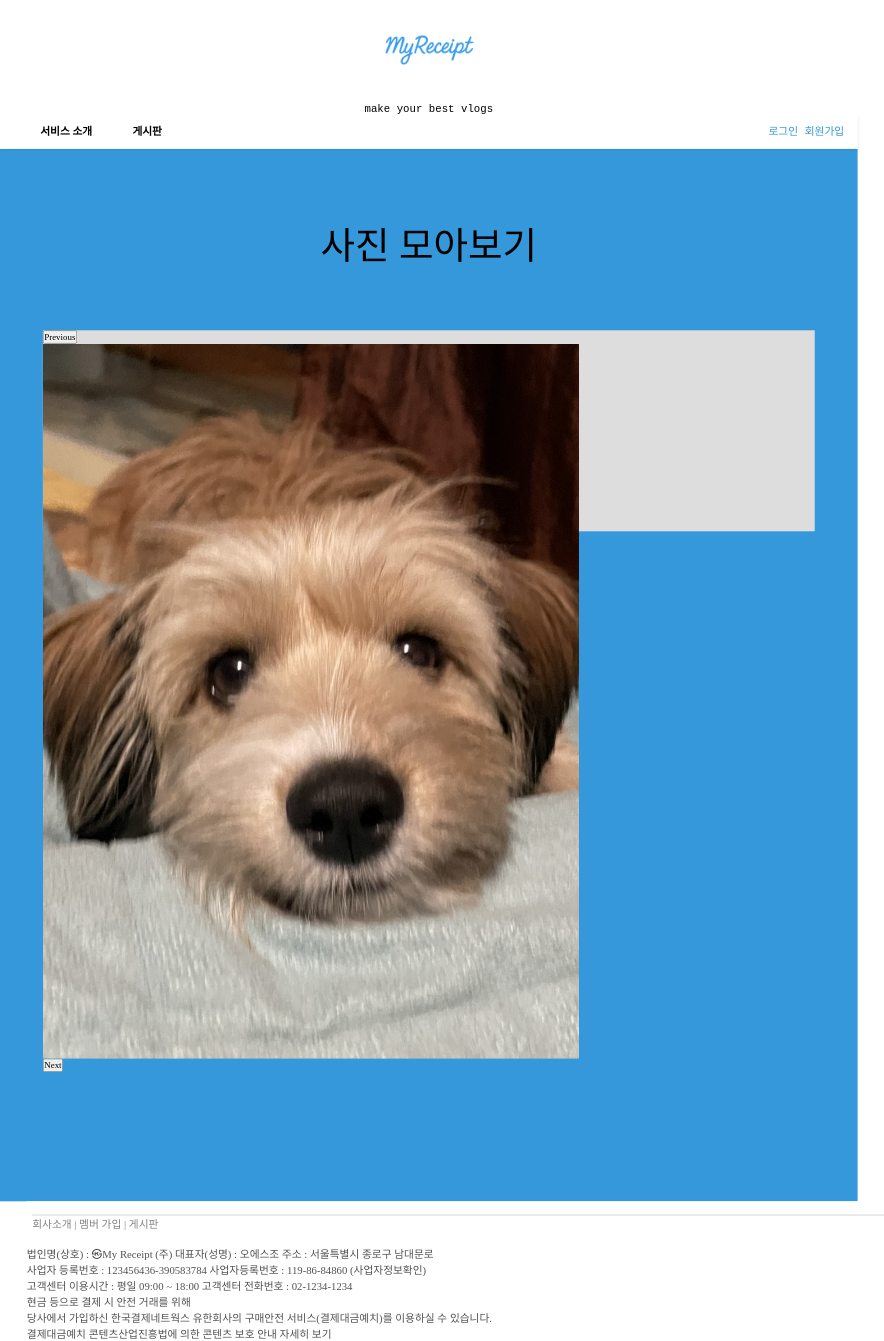
Repository: shong69/mini-project
Page: http://localhost/myReceipt2/index
These files come from the project's save history. The page is drawn as it stood at one moment and after a run of saves; the edit follows.
The browser window is 1280 px wide. The page is 1320 px wide, so the pictures cover 1320 px, including what lies to the right of the window. The pictures show the whole page, at 67% of full size.
Some web fonts or font styles are not loaded; a fallback is used. The page is served by Tomcat 10. Other server files are loaded and not shown.

Above is the page before, as saved 2025-05-07 01:38:06.

### jspProject/myReceipt2/src/main/webapp/WEB-INF/views/index.jsp
<%@ page language="java" contentType="text/html; charset=UTF-8"
    pageEncoding="UTF-8"%>
<!DOCTYPE html>
<html>
<head>
<meta charset="UTF-8">
<title>My Receipt</title>
<link rel="stylesheet" type="text/css" href="resources/css/main.css">
<link rel="stylesheet" type="text/css" href="//cdn.jsdelivr.net/npm/slick-carousel@1.8.1/slick/slick.css"/>
<style rel="stylesheet">
img{
	width:800px;
}
</style>
<script type="text/javascript" src="resources/js/jquery-3.1.1.min.js"></script>
<script type="text/javascript" src="//cdn.jsdelivr.net/npm/slick-carousel@1.8.1/slick/slick.min.js"></script>
<script type="text/javascript">
$(function(){
	$('#carousel').slick({
		  dots: false,
		  infinite: true,
		  speed: 500,
		  fade: true,
		  cssEase: 'linear'
	});
});

</script>
</head>
<body>
	<jsp:include page="/WEB-INF/views/common/header.jsp"></jsp:include>
	<main>
		<div class="section-title">사진 모아보기</div>
		<!-- 캐러셀 하나 두기 -->
		<div id="carousel">
			<div><img src="resources/imgs/carousel1.jpg"></div>
			<div><img src="resources/imgs/carousel2.jpg"></div>
			<div><img src="resources/imgs/carousel3.jpg"></div>
			<div><img src="resources/imgs/carousel4.jpg"></div>
		</div>
		<div style="height:1000px;"></div>
	</main>
	<jsp:include page="/WEB-INF/views/common/footer.jsp"></jsp:include>
</body>
</html>

### jspProject/myReceipt2/src/main/webapp/WEB-INF/views/common/header.jsp
<%@ page language="java" contentType="text/html; charset=UTF-8"
    pageEncoding="UTF-8"%>
<%@ taglib prefix="c" uri="http://java.sun.com/jsp/jstl/core" %>
	<div id="header">
		<a href="/myReceipt2/index"><img src="resources/imgs/logo.png" style="width:150px;"/></a>
		<p style="font-family: 'Courier New', Courier, monospace;">make your best vlogs</p>
	</div>
	<div id="nav-bar">
		<div id="menu">
			<a href="/myReceipt2/intro">서비스 소개</a>
			<a href="/myReceipt2/board">게시판</a>
		</div>
		<div id="loginSt">
			<c:choose>
				<c:when test="${not empty sessionScope.loginMember}">
					<p>${sessionScope.loginMember.nickName}님이 로그인 중</p>
					<a href="/myReceipt2/logout">로그아웃</a>

				</c:when>
				<c:otherwise>
					<a href="/myReceipt2/login">로그인</a>
					<a href="/myReceipt2/signup">회원가입</a>
				</c:otherwise>
			</c:choose>
		</div>

	</div>

### jspProject/myReceipt2/src/main/webapp/WEB-INF/views/common/footer.jsp
<%@ page language="java" contentType="text/html; charset=UTF-8"
    pageEncoding="UTF-8"%>
	<footer class="footer">
	    <section>
	        <div class="footer-nav">
	            <a href="/">회사소개 |</a>
	            <a href="/signup">멤버 가입 |</a>
	            <a href="/">게시판</a>
	        </div>
	    </section>
	    <section>
	        <div>
	            법인명(상호) : ㉿My Receipt (주) 대표자(성명) : 오에스조 주소 : 서울특별시 종로구 남대문로 <br>
	            사업자 등록번호 : 123456436-390583784  사업자등록번호 : 119-86-84860 (사업자정보확인)<br>
	            고객센터 이용시간 : 평일 09:00 ~ 18:00  고객센터 전화번호 : 02-1234-1234
	        </div>

	        <div>
	            현금 등으로 결제 시 안전 거래를 위해<br>
	            당사에서 가입하신 한국결제네트웍스 유한회사의 구매안전 서비스(결제대금예치)를 이용하실 수 있습니다.<br>
	            결제대금예치 콘텐츠산업진흥법에 의한 콘텐츠 보호 안내 자세히 보기
	        </div>
	    </section>
	</footer>

### jspProject/myReceipt2/src/main/java/com/project/jsp/controller/IndexController.java
package com.project.jsp.controller;

import java.io.IOException;

import jakarta.servlet.ServletException;
import jakarta.servlet.http.HttpServlet;
import jakarta.servlet.http.HttpServletRequest;
import jakarta.servlet.http.HttpServletResponse;

public class IndexController extends HttpServlet{
	@Override
	protected void doGet(HttpServletRequest req, HttpServletResponse resp) throws ServletException, IOException {
        String path = req.getServletPath(); // 요청 URL 패턴을 얻음

        if ("/index".equals(path)) {
        	req.getRequestDispatcher("/WEB-INF/views/index.jsp").forward(req, resp);
        } else if ("/intro".equals(path)) {
        	req.getRequestDispatcher("/WEB-INF/views/intro.jsp").forward(req, resp);
        } else {
        	resp.sendError(HttpServletResponse.SC_NOT_FOUND);
        }
	}

}

### jspProject/myReceipt2/src/main/webapp/resources/css/main.css
* {
	box-sizing: border-box;
	padding: 0;
	margin: 0;
	font-family: 'main';
}
/* 메인 폰트 */
@font-face {
	font-family: 'main';
	src:
		url('https://fastly.jsdelivr.net/gh/Project-Noonnu/noonfonts_2107@1.1/Pretendard-Regular.woff')
		format('woff');
	font-style: normal;
	font-weight: 400;
}

/*header*/
#header {
	width: 100%;
	text-align: center;
}

#header>div:first-child {
	margin-bottom: 15px;
}

#nav-bar {
	line-height: 50px;
	height: 50px;
	position: sticky;
	top: 0;
	left: 0;
	background-color: white;
	z-index: 1000;
	box-shadow: 0 2px 5px rgba(0, 0, 0, 0.1);
	display:flex;
	flex-direction:row;
}

#loginSt {
	margin-left:auto;
	margin-right:20px;
	display:flex;
	flex-direction:row;
}

#loginSt a {
	margin-left: 10px;
	color: #3498db;
	text-decoration: none;
}

#menu {
	margin-left:40px;
	display: flex;
	gap: 20px;
}

#menu a {
	text-decoration: none;
	color: black;
	font-weight: bold;
	padding: 0 20px;
	border-radius:15px;
	position: relative;
	overflow: hidden;
	transition: background-color 0.5s ease;
}

#menu a:hover {
	background-color: #335085;
	animation-duration: 2s;
	color: whitesmoke;
}

main {
	background-color: #3498db;
	display: flex;
	flex-direction: column;
	align-items: center;
	min-height:500px;
}

.section-title {
	font-size: 3.5rem;
	margin: 100px 0 70px 0;
}

#carousel {
	width: 90%;
	height: 300px;
	background-color: #ddd;
	margin-top: 20px;
}
/*footer*/
.footer {
	background-color: white;
	width: 100%;
	height: auto;
	display: flex;
	flex-direction: column;
	padding-top: 20px;
	margin: 0 40px;
}

.footer>section:first-child {
	border-top: 1px solid #c5c5c5;
	display: flex;
	flex-direction: row;
	margin-left: 8px;
}

.footer>section a {
	color: gray;
	text-decoration: none;
}

.footer>section:nth-child(2) {
	padding-top: 20px;
	color: rgb(83, 83, 83);
}

Loaded but not shown: jspProject/myReceipt2/src/main/webapp/resources/js/jquery-3.1.1.min.js (library)

After the next 2 saves:
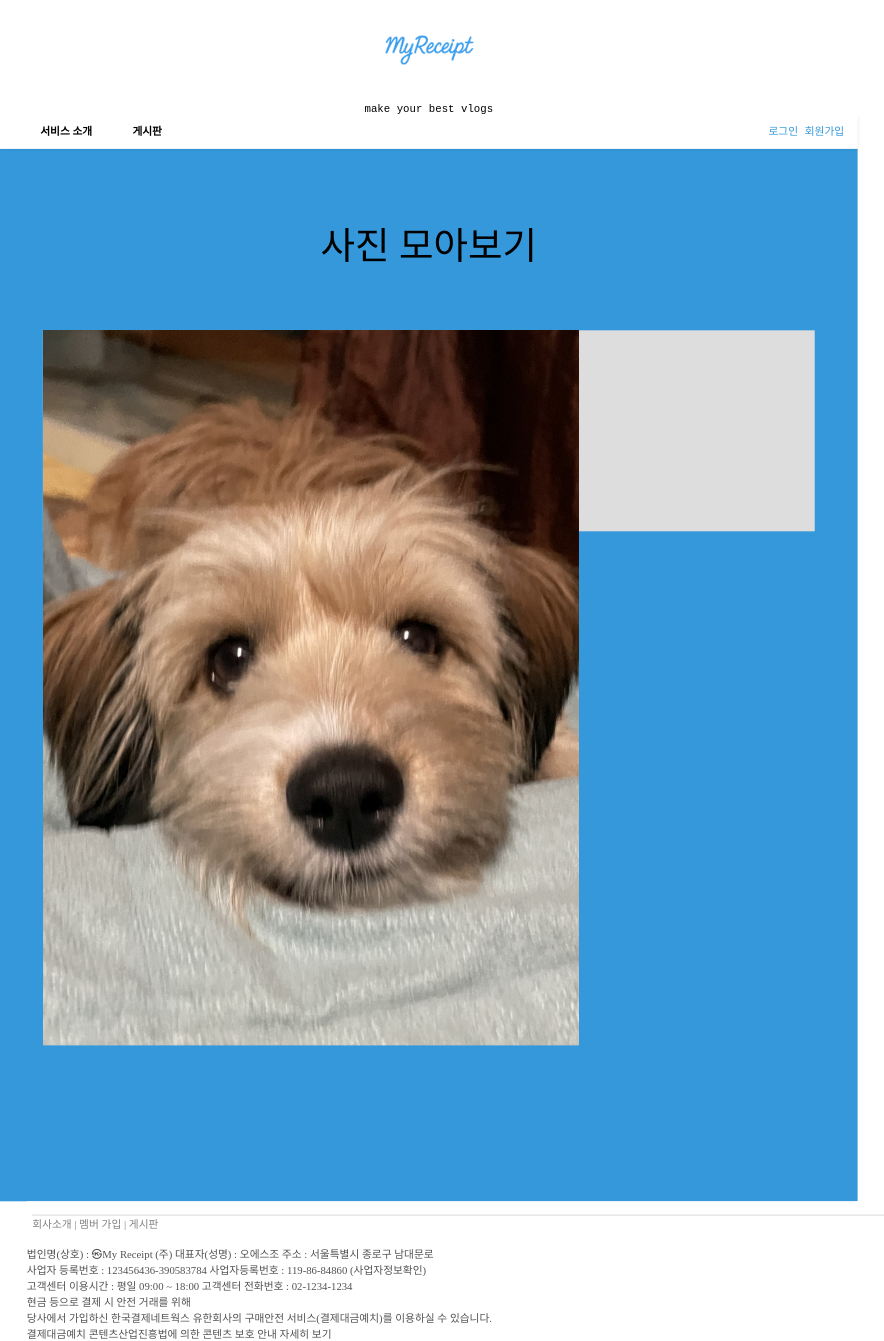
The 2 saves are shown as one change because they came seconds apart.
The last was saved 2 min 8 s later.
--- a/jspProject/myReceipt2/src/main/webapp/WEB-INF/views/index.jsp
+++ b/jspProject/myReceipt2/src/main/webapp/WEB-INF/views/index.jsp
@@ -21,7 +21,9 @@ $(function(){
 		  infinite: true,
 		  speed: 500,
 		  fade: true,
-		  cssEase: 'linear'
+		  cssEase: 'linear',
+		  prevArrow:false,
+		  nextArrow:false
 	});
 });
 
